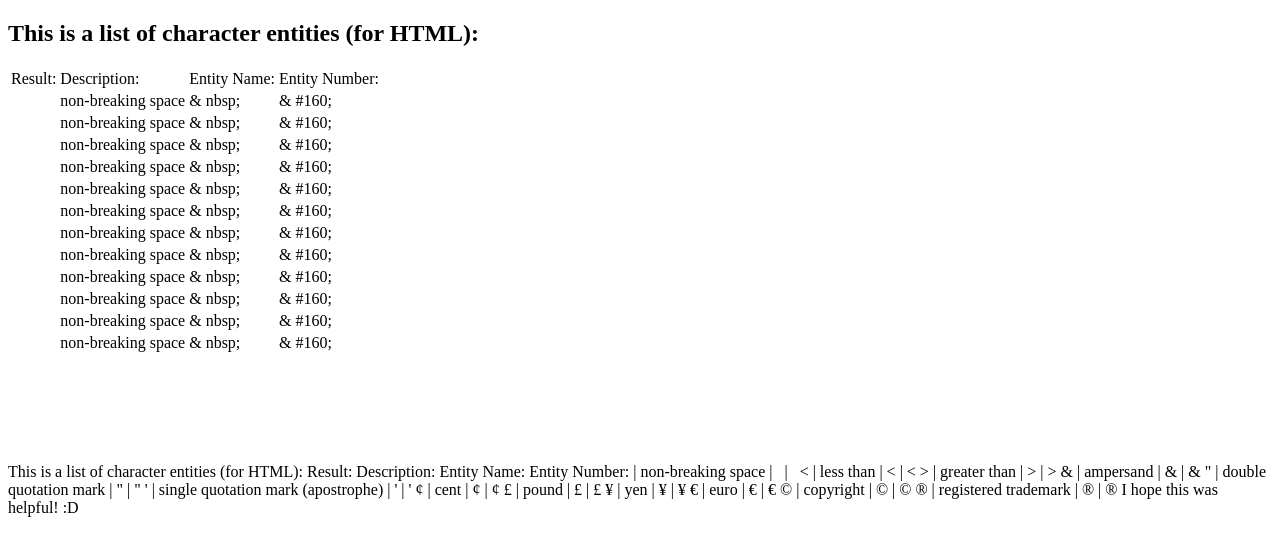
Repository: linas-dev/HTML-CSS-Projects
Page: Basic_HTML_and_CSS/Basic_HTML_5.html
The author's editor kept a copy of each file at every save. The page is drawn from the files as they stood at one save, then again after the next save.
The browser window is 1280 px wide. The pictures show the whole page.

Above is the page before, as saved 2021-05-30 11:00:07.

After the next save:
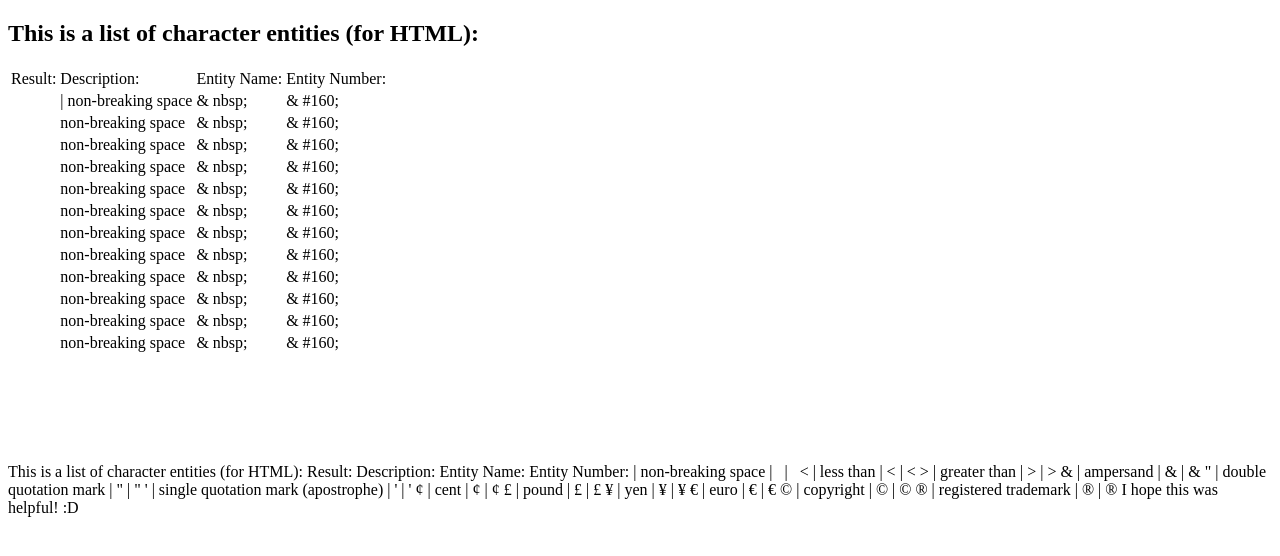
Saved 27 s later.
--- a/Basic_HTML_and_CSS/Basic_HTML_5.html
+++ b/Basic_HTML_and_CSS/Basic_HTML_5.html
@@ -21,7 +21,7 @@
         <tbody>
             <tr>
                 <td></td>
-                <td>non-breaking space</td>
+                <td>| non-breaking space</td>
                 <td>& nbsp;</td>
                 <td>& #160;</td>
             </tr>
